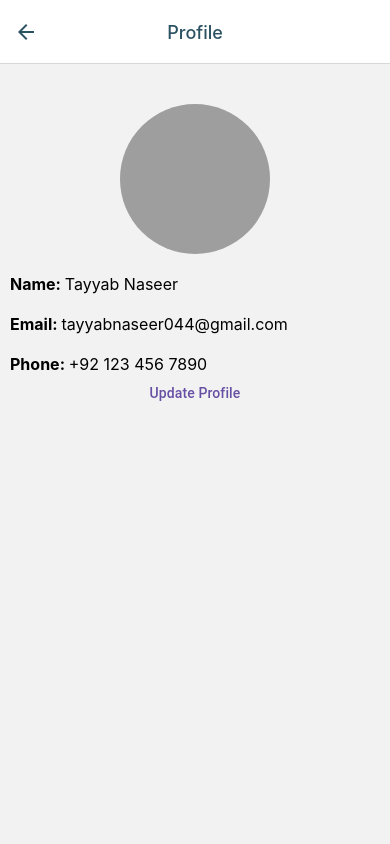
Repository: SaudCh/Expo-Pethub
Screen: /Profile
These files come from the project's save history. The screen is drawn as it stood at one moment and after the next save; the edit follows.
Pictures or frames that could not be fetched are drawn as grey boxes. The app was drawn by React Native's web renderer in a window 390 px wide. The project was rebuilt for these pictures with package versions that can differ from the ones it lists, and the page was loaded fresh each time. Also part of the build but not shown: Screens/Signup.js, Screens/Home.js, Screens/UpdateProfile.js, Components/Avatar.js.

Above is the screen before, as saved 2022-11-15 00:22:18.

### App.js
import { StatusBar } from 'expo-status-bar';
import 'react-native-gesture-handler';
import { StyleSheet, Text, View } from 'react-native';
import { Provider as PaperProvider } from 'react-native-paper';
import AppNavigator from './Components/Navigator';

export default function App() {
  return (
    <PaperProvider>
      <AppNavigator />
    </PaperProvider>
  );
}

const styles = StyleSheet.create({
  container: {
    flex: 1,
    backgroundColor: '#fff',
    alignItems: 'center',
    justifyContent: 'center',
  },
});

### Components/Navigator.js
// In App.js in a new project

import * as React from 'react';
import { View, Text } from 'react-native';
import { NavigationContainer } from '@react-navigation/native';
import { createNativeStackNavigator } from '@react-navigation/native-stack';
import Login from '../Screens/Login';
import Signup from '../Screens/Signup';
import Home from '../Screens/Home';
import Profile from '../Screens/Profile';
import UpdateProfile from '../Screens/UpdateProfile';
import Avatar from './Avatar';

function HomeScreen() {
    return (
        <View style={{ flex: 1, alignItems: 'center', justifyContent: 'center' }}>
            <Text>Home Screen</Text>
        </View>
    );
}

const Stack = createNativeStackNavigator();

function AppNavigator() {
    return (
        <NavigationContainer>
            <Stack.Navigator>
                <Stack.Screen name="Login" component={Login} options={{
                    title: 'Login',
                    headerTintColor: "#2B5262",
                    headerTitleAlign: 'center'
                }} />

                <Stack.Screen name="Signup" component={Signup} options={{
                    title: 'Signup',
                    headerTintColor: "#2B5262",
                    headerTitleAlign: 'center'
                }} />

                <Stack.Screen name="Home" component={Home}
                    options={{
                        title: 'Home',
                        headerTintColor: "#2B5262",
                        headerTitleAlign: 'center',
                        headerRight: () => (
                            <Avatar />
                        )
                    }}
                />

                <Stack.Screen name="Profile" component={Profile} options={{
                    title: 'Profile',
                    headerTintColor: "#2B5262",
                    headerTitleAlign: 'center'
                }} />
                <Stack.Screen name="UpdateProfile" component={UpdateProfile} options={{
                    title: 'Update',
                    headerTintColor: "#2B5262",
                    headerTitleAlign: 'center',
                }} />

            </Stack.Navigator>
        </NavigationContainer>
    );
}

export default AppNavigator;

### Screens/Login.js
import { useNavigation } from "@react-navigation/native";
import React, { useState, useEffect } from "react";
import { View, Text, StyleSheet, ActivityIndicator, Alert } from 'react-native'
import { TextInput, Button } from "react-native-paper"

export default function Login() {

    const navigation = useNavigation()

    const [data, setData] = useState({
        email: '',
        password: ''
    })

    return (
        <View style={{ ...styles.body }}>
            <View style={{ ...styles.box }}>
                <View>
                    <TextInput
                        mode="outlined"
                        placeholder="Email"
                        style={{ marginBottom: 10 }}
                        value={data.email}
                        onChangeText={text => setData({ ...data, email: text })}
                    />
                </View>
                <View>
                    <TextInput
                        mode="outlined"
                        placeholder="Password"
                        value={data.password}
                        style={{ marginBottom: 10 }}
                        onChangeText={text => setData({ ...data, password: text })}
                        secureTextEntry
                    />
                </View>
                <View>
                    <Button mode="contained" onPress={() => navigation.replace('Home')} style={{ marginTop: 10 }} >
                        Login
                    </Button>

                    <Button onPress={() => navigation.navigate("Signup")} style={{ backgroundColor: 'transparent' }}>
                        <Text style={{ ...styles.bottomText }}>Switch to Signup</Text>
                    </Button>
                </View>
            </View>
        </View >
    );
}
const styles = StyleSheet.create({
    body: {
        flex: 1,
        alignItems: "center",
        justifyContent: 'center',
        backgroundColor: '#A9CCCF'
    },
    box: {
        shadowColor: "#000",
        shadowOffset: {
            width: 0,
            height: 3,
        },
        shadowOpacity: 0.27,
        shadowRadius: 4.65,
        elevation: 6,
        borderRadius: 10,

        backgroundColor: "#fff",
        padding: 20,
        width: 350
    },
    inputText: {
        fontWeight: 'bold'
    },
    bottomText: {
        fontSize: 16
    }
});

### Screens/Profile.js
import { Image, StyleSheet, Text, View } from 'react-native'
import React from 'react'
import { Button } from 'react-native-paper'

export default function Profile() {
    return (
        <View style={{ flex: 1, margin: 10 }}>
            <View style={{ alignSelf: 'center', marginTop: 30, width: 150, height: 150, borderRadius: 75, overflow: "hidden" }}>
                <Image
                    style={styles.image}
                    source={{
                        uri: 'https://www.pngarts.com/files/6/User-Avatar-in-Suit-PNG.png',
                    }}
                />
            </View>
            <View style={{ marginTop: 20 }}>
                <Text style={{ fontSize: 16 }}>
                    <Text style={{ fontSize: 16, fontWeight: 'bold' }}>Name: </Text>
                    Tayyab Naseer
                </Text>
            </View>

            <View style={{ marginTop: 20 }}>
                <Text style={{ fontSize: 16 }}>
                    <Text style={{ fontSize: 16, fontWeight: 'bold' }}>Email: </Text>
                    tayyabnaseer044@gmail.com
                </Text>
            </View>

            <View style={{ marginTop: 20 }}>
                <Text style={{ fontSize: 16 }}>
                    <Text style={{ fontSize: 16, fontWeight: 'bold' }}>Phone: </Text>
                    +92 123 456 7890
                </Text>
            </View>


            <Button>
                Update Profile
            </Button>
        </View>
    )
}

const styles = StyleSheet.create({
    image: {
        width: 150,
        height: 150,
        alignSelf: 'center',
        marginBottom: 20,
        resizeMode: "cover"
    }

})

After the next save:
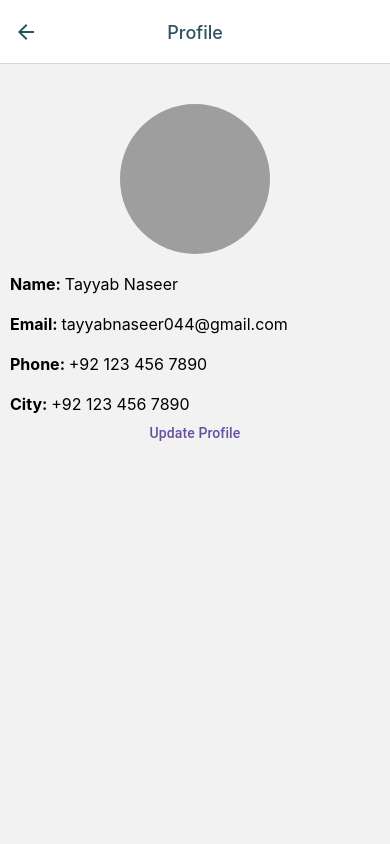
Saved 18 s later.
--- a/Screens/Profile.js
+++ b/Screens/Profile.js
@@ -34,6 +34,12 @@ export default function Profile() {
                 </Text>
             </View>
 
+            <View style={{ marginTop: 20 }}>
+                <Text style={{ fontSize: 16 }}>
+                    <Text style={{ fontSize: 16, fontWeight: 'bold' }}>City: </Text>
+                    +92 123 456 7890
+                </Text>
+            </View>
 
             <Button>
                 Update Profile
